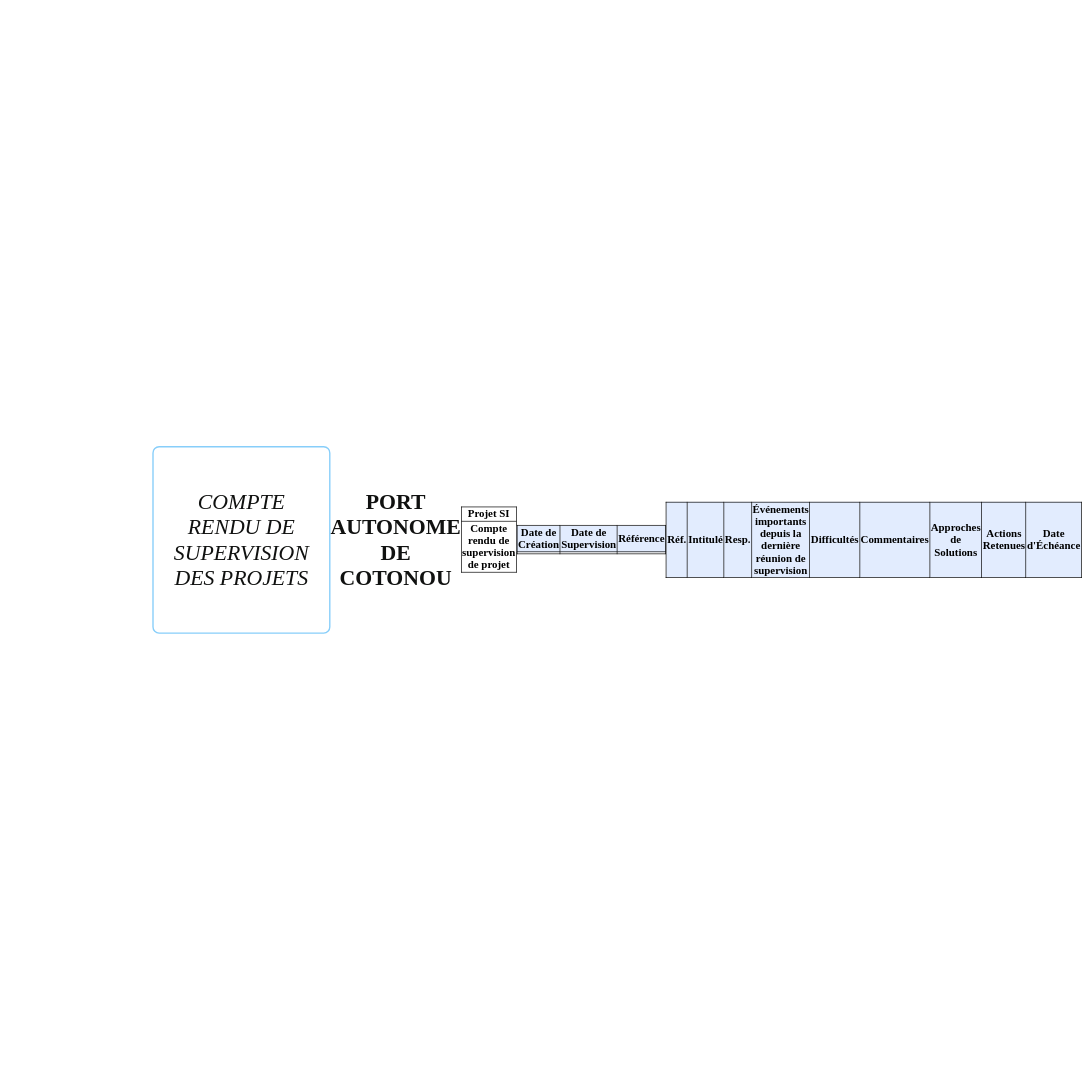
Repository: A2blackMZ/Project
Page: resources/views/report/seanceReport.blade.php
These files come from the project's save history. The page is drawn as it stood at one moment and after the next save; the edit follows.
The browser window is 1280 px wide. The page is 1591 px wide, then 1357 px, so the pictures cover 1591 px, including what lies to the right of the window. The pictures show the whole page, at 68% of full size.
The page is served by the project's Laravel application, run on PHP 8.4 with Laravel 10. Other server files are loaded and not shown. The template is opened directly, without the code that normally fills it, so the values that code supplies are empty.

Above is the page before, as saved 2024-04-04 10:01:50.

### app/Http/Controllers/API/AuthController.php
<?php

namespace App\Http\Controllers\API;

use App\Http\Controllers\Controller;
use Illuminate\Http\Request;
use Illuminate\Support\Facades\Hash;
use Illuminate\Support\Facades\Auth;
use App\Models\User;

class AuthController extends Controller
{
    public function register(Request $request)
    {
        // Validez les données du formulaire d'inscription
        $request->validate([
            'name' => 'required|string',
            'email' => 'required|email|unique:users',
            'password' => 'required|string|min:8',
        ]);

        // Créez un nouvel utilisateur
        $user = new User([
            'name' => $request->input('name'),
            'email' => $request->input('email'),
            'password' => Hash::make($request->input('password')),
        ]);

        // Enregistrez l'utilisateur dans la base de données
        $user->save();

        // Générez un jeton d'accès pour l'utilisateur nouvellement inscrit
        $token = $user->createToken('MyAppToken')->accessToken;

        // Réponse avec le jeton d'accès et les informations de l'utilisateur
        return response()->json([
            'message' => 'Inscription réussie',
            'user' => $user,
            'access_token' => $token,
        ], 201); // Code de réponse 201 pour la création réussie
    }


    public function login(Request $request)
    {
        // Validez les données de connexion
        $request->validate([
            'email' => 'required|email',
            'password' => 'required|string',
        ]);

        // Tentez de connecter l'utilisateur
        if (Auth::attempt(['email' => $request->input('email'), 'password' => $request->input('password')])) {
            // Authentification réussie, générez un jeton d'accès pour l'utilisateur
            $user = Auth::user();
            $token = $user->createToken('MyAppToken')->accessToken;

            // Réponse avec le jeton d'accès et les informations de l'utilisateur
            return response()->json([
                'message' => 'Authentification réussie',
                'user' => $user,
                'access_token' => $token,
            ], 200); // Code de réponse 200 pour la réussite de l'authentification
        } else {
            // Échec de l'authentification
            return response()->json([
                'message' => 'Échec de l\'authentification',
            ], 401); // Code de réponse 401 pour l'échec de l'authentification
        }
    }

    public function user(Request $request)
    {
        return $request->user();
    }

    public function logout()
    {
        Auth::user()->tokens->each(function ($token, $key) {
            $token->delete();
        });

        return response()->json(['message' => 'Déconnexion réussie']);
    }

    public function getUser()
    {
        $user = Auth::user();

        return response()->json(['user' => $user]);
    }

    public function getUserInfo(Request $request)
    {
        $user = $request->user(); // Récupérez l'utilisateur à partir du jeton d'accès
        $userInfo = [
            'id' => $user->id,
            'name' => $user->name,
        ];

        return response()->json($userInfo);
    }
}

### routes/web.php
<?php

use App\Http\Controllers\SeanceController;
use Illuminate\Support\Facades\Route;

/*
|--------------------------------------------------------------------------
| Web Routes
|--------------------------------------------------------------------------
|
| Here is where you can register web routes for your application. These
| routes are loaded by the RouteServiceProvider and all of them will
| be assigned to the "web" middleware group. Make something great!
|
*/

Route::get('/', function () {
   return 'Je m\'appelle Shadrac';
    // return view('welcome');
});














Route::get('generate_pdf/{seanceId}', [SeanceController::class, 'generatePDF']);

Route::post('seances/{id}/generate-report', [SeanceController::class, 'generateReport']);

### resources/views/report/seanceReport.blade.php
<!DOCTYPE html>
<html lang="en">
<head>
    <meta charset="UTF-8">
    <title>Report de Séance</title>
    <style>
        .title-page {
            margin: 0;
            font-size: 2em; /* Taille du titre */
            text-align: center;
            color: #101110;
        }

        table {
            width: 100%;
            border-collapse: collapse;
        }
        table, th, td {
            border: 1px solid black;
        }
        th, td {
            border: 1px solid black;
            text-align: center;
        }
        th {
            background-color: #e2ecfe;
            font-weight: bold;
        }
        h1 {
            text-align: center;
            color: #101110;
        }

        body {
            margin: 0;
            display: flex;
            justify-content: center;
            align-items: center;
            height: 100vh;
            width: 400mm; /* Largeur A3 */
            height: 420mm; /* Hauteur A3 */
        }

        .card {
            width: 350px;
            padding: 30px;
            background-color: #ffffff;
            border: 2px solid #87CEFA;
            border-radius: 10px;
            margin-bottom: 350px;
            margin-top: 350px;
            margin-left: 20%;
        }


    </style>
</head>
<body>
    <div class="card">
        <div class="title-page">
            <p><em>COMPTE RENDU DE SUPERVISION DES PROJETS</em></p>
        </div>
    </div>

    <br><br>

    <h1>PORT AUTONOME DE COTONOU</h1>
    <br><br>
    <table>
        <tr color: #101110;>
            <td><strong>Projet SI</strong></td>
        </tr>
        <tr>
            <td><strong>Compte rendu de supervision de projet</strong></td>
        </tr>
    </table>

    <br><br>
    <table>
        <tr>
            <th>Date de Création</th>
            <th>Date de Supervision</th>
            <th>Référence</th>
        </tr>
        <tr>
            <td>{{ $seance->date_creation }}</td>
            <td>{{ $seance->date_supervision }}</td>
            <td>{{ $seance->reference }}</td>
        </tr>
    </table>

    <br><br>
    <table>
        <thead>
            <tr>
                <th>Réf.</th>
                <th>Intitulé</th>
                <th>Resp.</th>
                <th>Événements importants depuis la dernière réunion de supervision</th>
                <th>Difficultés</th>
                <th>Commentaires</th>
                <th>Approches de Solutions</th>
                <th>Actions Retenues</th>
                <th>Date d'Échéance</th>
            </tr>
        </thead>
        <tbody>
            @foreach($compteRendus as $index => $compteRendu)
                <tr>
                    @if ($index === 0)
                        <td rowspan="{{ count($compteRendus) }}">{{ $seance->reference }}</td>
                    @endif
                    <td>{{ $projets[$index]->nom }}</td>
                    <td>{{ $seance->nom_chef_projet }}</td>
                    <td>{!! $compteRendu->evenement !!}</td>
                    <td>{!! $compteRendu->difficultes !!}</td>
                    <td>{!! $compteRendu->commentaires !!}</td>
                    <td>{!! $compteRendu->approche_solution !!}</td>
                    <td>{!! $compteRendu->action_retenu !!}</td>
                    <td>{{ $compteRendu->date }}</td>
                </tr>
            @endforeach
        </tbody>
    </table>

</body>
</html>

Loaded but not shown: app/Http/Controllers/Controller.php (common file)

After the next save:
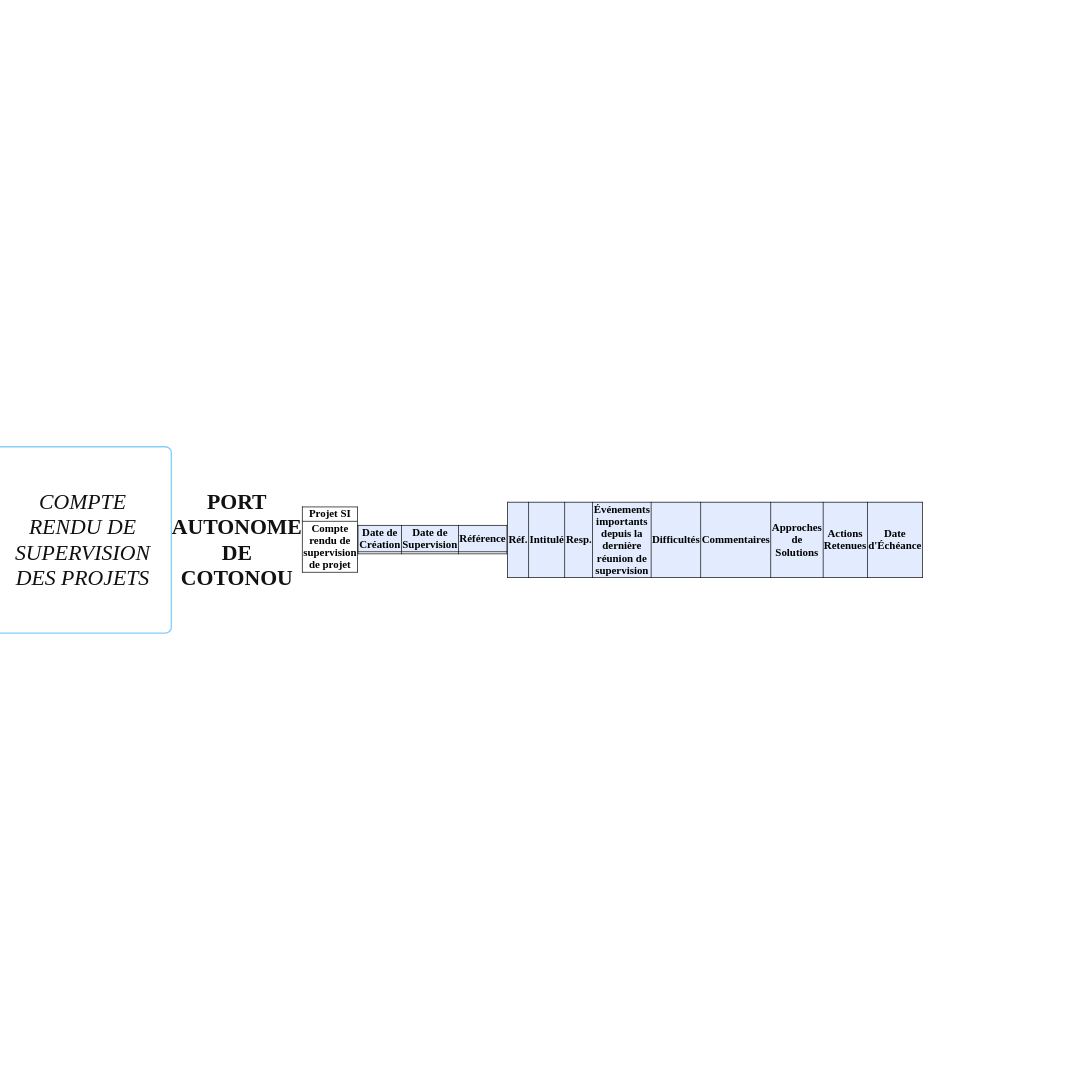
Saved 96 s later.
--- a/resources/views/report/seanceReport.blade.php
+++ b/resources/views/report/seanceReport.blade.php
@@ -37,7 +37,7 @@
             justify-content: center;
             align-items: center;
             height: 100vh;
-            width: 400mm; /* Largeur A3 */
+            width: 297mm; /* Largeur A3 */
             height: 420mm; /* Hauteur A3 */
         }
 
